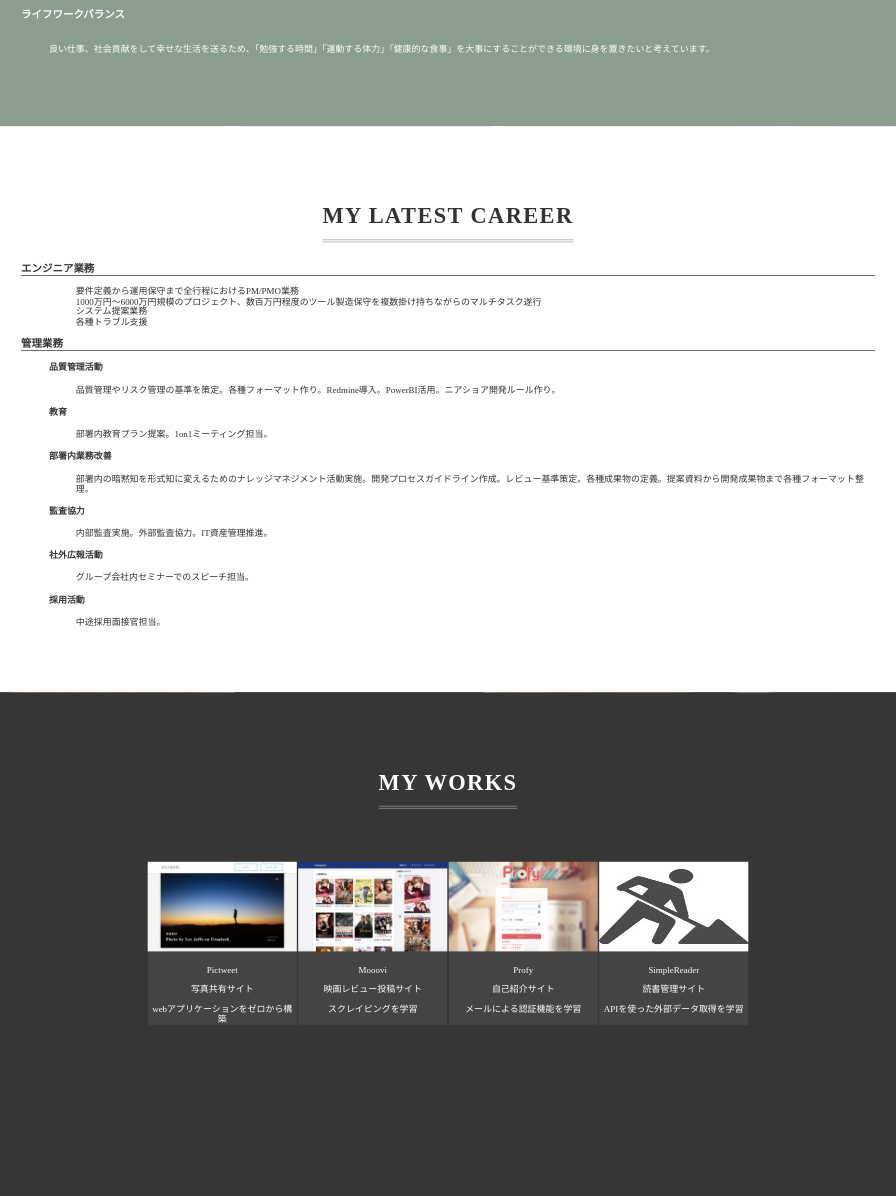
Repository: dackelteckel/myworks
Page: http://localhost/
The author's editor kept a record of every edit. The page is drawn from the files as they stood at one moment, then again after the next edit.
The browser window is 1280 px wide. The pictures show the part of the page from y = 1133 to 3053 px (the page is 2842 px tall before and 3053 px after), at 70% of full size.
Backgrounds fixed to the window are drawn as part of the page. The page is run by PHP 8.4 with error messages shown; the project is at /var/www/html/. Other server files are loaded and not shown.

Above is the page before.

### index.html
<!DOCTYPE html>
<html>

<head>
  <meta charset="UTF-8">
  <title>Who I Am...</title>
  <link rel="stylesheet" href="normalize.css">
  <link rel="stylesheet" href="style.css">
  <link rel="stylesheet" href="responsive.css">

  <!--<script type="text/javascript" charset="UTF-8">-->
  <!--  $('#contact-form').submit(function(event){-->
      <!--//submit実行を止める-->
  <!--    event.preventDefault();-->
  <!--    var $form = $(this);-->
  <!--    var $button = $form.find('.send-btn');-->
  <!--    $.ajax({-->
  <!--      url:$form.attr('action'),-->
  <!--      type:$form.attr('method'),-->
  <!--      data: $form.serialize(),-->
        <!--//10秒でタイムアウト-->
  <!--      timeout:10000,-->
        <!--//重複送信を避けるためにボタンを無効化-->
  <!--      beforeSend: function(xhr, settings) {-->
  <!--          $button.attr('disabled', true);-->
  <!--      },-->
        <!--//完了後ボタンを押せるように-->
  <!--      complete: function(xhr, textStatus) {-->
  <!--          $button.attr('disabled', false);-->
  <!--      }-->
  <!--    }).done(function(data, textStatus, jqXHR){-->
        <!--// 成功時の処理-->
        <!--//フォームを初期化-->
  <!--      $form[0].reset();-->
  <!--      $(".contact-result").text(data);-->
  <!--      $(".contact-result").slideToggle(200);-->
  <!--      $(".contact-result").delay(3000).slideToggle(200);-->
  <!--    }).fail(function(jqXHR, textStatus, errorThrown){-->
        <!--失敗時の処理-->
  <!--      $(".contact-result").text("エラーが発生しました。ステータス：" + jqXHR.status);-->
  <!--      $(".contact-result").slideToggle(200);-->
  <!--      $(".contact-result").delay(3000).slideToggle(200);-->
  <!--    });-->
  <!--  });-->
  <!--</script>-->
</head>

<body>
  <header class="header">
    <p class="site-title-sub">----- my portfolio -----</p>
    <h1 class="site-title">Who I Am...</h1>
    <p class="site-description">check out some of my works.</p>
    <div class="buttons">
      <a class="button" href="#about">Learn MORE</a>
      <a class="button" href="#about">Learn MORE</a>
      <a class="button" href="#about">Learn MORE</a>
      <!--<a class="button button-orange" href="#contact">SEND MESSAGE</a>-->
      <a class="button button-orange" href="mailto:nrkktok@gmail.com">Drop Me a LINE</a>
    </div>
  </header>

  <section class="reasons" id="reasons">
    <h2 class="heading">3 REASONS WHY I'M LOOKING FOR A NEW JOB</h2>
    <dev class="reasons-text">
      <h3>職場環境</h3>
      <ul>
        <li>同僚同士お互いを尊重し、協力しあうことができる健やかな組織で働きたいと考えています。</li>
      </ul>
      <h3>エンジニアとしての価値</h3>
      <ul>
        <li>
          長年PM業務に携わってきており、チームメンバーが成果を出すためのサポートをするPM業務にはやりがいを感じています。
        </li>
        <li>
          現職では金融機関で使われる小中規模システム開発を行っていますが、業務知識不要・レガシー技術メインのツール開発が殆どであることから、
          エンジニアとしてのキャリアを上げられない怖さを感じています。
        </li>
        <li>
          この物足りなさを少しでも打ち消し、今後もIT業務で価値ある存在でありたいという気持ちから、
          2019年12月よりWebアプリケーション作りを行うプログラミングスクールに通い始めました。
        </li>
        <li>
          現在、オリジナルWebアプリケーション作成中です。<a href="#works">MY WORKS</a>で公開していますので、よろしければ御覧ください。
        </li>
        <li class="note">
          プログラマーとして転職することを考えている訳ではありませんが、PM/PLであっても現在に通用する技術・PG知識は必要だと考えています。
        </li>
      </ul>
      <h3>ライフワークバランス</h3>
      <ul>
        <li>良い仕事、社会貢献をして幸せな生活を送るため、「勉強する時間」「運動する体力」「健康的な食事」を大事にすることができる環境に身を置きたいと考えています。</li>
      </ul>
    </dev>
  </section>

  <section class="career">
    <h2 class="heading">MY LATEST CAREER</h2>
    <dev class="career-text">
      <h3>エンジニア業務</h3>
      <ul>
        <li>要件定義から運用保守まで全行程におけるPM/PMO業務</li>
        <li>1000万円〜6000万円規模のプロジェクト、数百万円程度のツール製造保守を複数掛け持ちながらのマルチタスク遂行</li>
        <Li>システム提案業務</Li>
        <Li>各種トラブル支援</Li>
      </ul>
      <h3>管理業務</h3>
      <ul>
        <h4>品質管理活動</h4>
        <li>品質管理やリスク管理の基準を策定。各種フォーマット作り。Redmine導入。PowerBI活用。ニアショア開発ルール作り。</li>
        <h4>教育</h4>
        <li>部署内教育プラン提案。1on1ミーティング担当。</li>
        <h4>部署内業務改善</h4>
        <li>部署内の暗黙知を形式知に変えるためのナレッジマネジメント活動実施。開発プロセスガイドライン作成。レビュー基準策定。各種成果物の定義。提案資料から開発成果物まで各種フォーマット整理。</li>
        <h4>監査協力</h4>
        <li>内部監査実施。外部監査協力。IT資産管理推進。</li>
        <h4>社外広報活動</h4>
        <li>グループ会社内セミナーでのスピーチ担当。</li>
        <h4>採用活動</h4>
        <li>中途採用面接官担当。</li>
      </ul>
    </dev>
  </section>

  <section class="works" id="works">
    <h2 class="heading">MY WORKS</h2>
    <div class="works-wrapper">
      <div class="work-box">
        <img class="work-image" src="images/pictweet.jpg">
        <div class="work-description">
          <p>Pictweet<p>
          <p>写真共有サイト</p>
          <p>webアプリケーションをゼロから構築</p>
        </div>
      </div>

      <div class="work-box">
        <img class="work-image" src="images/mooovi.jpg">
        <div class="work-description">
          <p>Mooovi<p>
          <p>映画レビュー投稿サイト</p>
          <p>スクレイピングを学習</p>
        </div>
      </div>

      <div class="work-box">
        <img class="work-image" src="images/profy.jpg">
        <div class="work-description">
          <p>Profy<p>
          <p>自己紹介サイト</p>
          <p>メールによる認証機能を学習</p>
        </div>
      </div>
      <div class="work-box">
        <img class="work-image" src="images/wip.jpg" height="128">
        <div class="work-description">
          <p>SimpleReader<p>
          <p>読書管理サイト</p>
          <p>APIを使った外部データ取得を学習</p>
        </div>
      </div>
    </div>
  </section>

  <!--<section class="contact" id="contact">-->
    <!--<h2 class="heading">DROP ME A LINE</h2>-->
    <!--<form class="contact-form" id="contact-form" action="contact.php" method="post">-->
    <!--  <input type="text" name="name" placeholder="NAME" required>-->
    <!--  <input type="email" name="email" placeholder="E-MAIL ADDRESS" required>-->
    <!--  <textarea name="message" placeholder="MESSAGE"></textarea>-->
    <!--  <textarea type="text" name="message" placeholder="MESSAGE" required></textarea>-->
    <!--  <input type="submit" value="SEND" class="send-btn" id="submit">-->
    <!--  <input type="submit" value="SEND" class="send-btn" id="submit">-->
    <!--</form>-->
  <!--</section>-->
</body>
</html>

### style.css
* {
  box-sizing: border-box;
  list-style: none;
}

body {
  color: #fff;
  text-align: center;
  font-size: 0.8rem;
  background: url('images/bg.jpg') fixed;
  background-size: cover;
}

.header {
  padding: 170px 30px 80px;
  /*height: 100vh;*/
  background-color: rgba(0, 0, 128, 0.8);
}

.site-title-sub {
  margin: 0 0 30px;
  color: #888;
  letter-spacing: 1px;
  font-size: 1.2rem;
}

.site-title {
  margin: 50px;
  font-size: 3.5rem;
}

.site-description {
  margin-bottom: 50px;
  color: #888;
  font-size: 1.2rem;
}

.buttons {
  display: flex;
  justify-content: center;
  margin: 0 auto;
}

.button {
  width: 200px;
  padding: 20px;
  margin: 10px;
  border-radius: 4px;
  background-color: #afa58d;
  color: #fff;
  text-decoration: none;
  letter-spacing: 1px;
  font-size: 0.7rem;
}

.button:hover {
  opacity: 0.9;
}

.button-orange {
  background-color: #f1b400;
}

.heading {
  display: inline-block;
  margin: 30px 0 15px;
  padding-bottom: 15px;
  letter-spacing: 2px;
  font-size: 2rem;
  border-bottom: double 4px #999;
}

.reasons {
  /*height: 100vh;*/
  /*background-color: #383634;*/
  background-color: rgb(137, 158, 142);
  padding: 80px 30px;
  /*color: #333;  */
}

.reasons-text {
  text-align: left;
  width: 600px;
  margin: 30px auto;
  line-height: 2.5;
}

.reason-text h3 {
  padding-top: 20px;
}

.note:before {
  content: "*";
}

.career {
  /*height: 100vh;*/
  background-color: #ffffff;
  padding: 80px 30px;
  color: #333;
}

.career-text {
  text-align: left;
  width: 600px;
  margin: 30px auto;
}

.career-text h3 {
  border-bottom: 1px solid #333;
}

.career-text h4 {
}

.career-text li {
  padding-left: 3em;
  /*line-height: 5;*/
  vertical-align: text-top;
}

.works {
  height: 100vh;
  background-color: #383634;
  padding: 80px 0 10px;
}

.works-wrapper {
  display: table;
  width: 860px;
  margin: 60px auto 0;
  table-layout: fixed;
}

.work-box {
  display: table-cell;
  background-color: rgba(100, 100, 100, 0.3);
  border: 1px solid #333;
}

.work-image {
  display: block;
  width: 100%;
}

.work-description {
  margin: 20px 0;
  height: 65px;
}

.work-description .button {
  width: 60%;
  margin-top: 20px;
  padding: 3px;
  display: inline-block;
}

.button-ghost {
  border: 2px solid #fff;
  background-color: rgba(255, 255, 255, 0.15);
}

.contact {
  height: 100vh;
  background-color: rgba(0, 0, 128, 0.8);
  padding: 80px 0 150px;
}


.contact-form {
  width: 50%;
  margin: 50px auto 0;
}

.contact-form input[type=text], .contact-form input[type=email], .contact-form textarea {
  display: block;
  width: 100%;
  margin-bottom: 10px;
  padding: 15px;
  outline: none;
  border: 1px solid rgba(255, 255, 255, 0.8);
  border-radius: 0;
  color: #333;
}

.contact-form textarea {
  height: 150px;
}

.contact-form input[type=submit] {
  display: block;
  width: 200px;
  margin: 40px auto 0;
  padding: 15px;
  border: 1px solid rgba(255, 255, 255, 0.8);
  border-radius: 5px;
  background-color: transparent;
  color: #fff;
  cursor: pointer;
}

.contact-form input[type=submit]:hover {
  background-color: rgba(255, 255, 255, 0.05);
}

Loaded but not shown: normalize.css (library); responsive.css (no copy from this time; the picture is the same without it)

After the next edit:
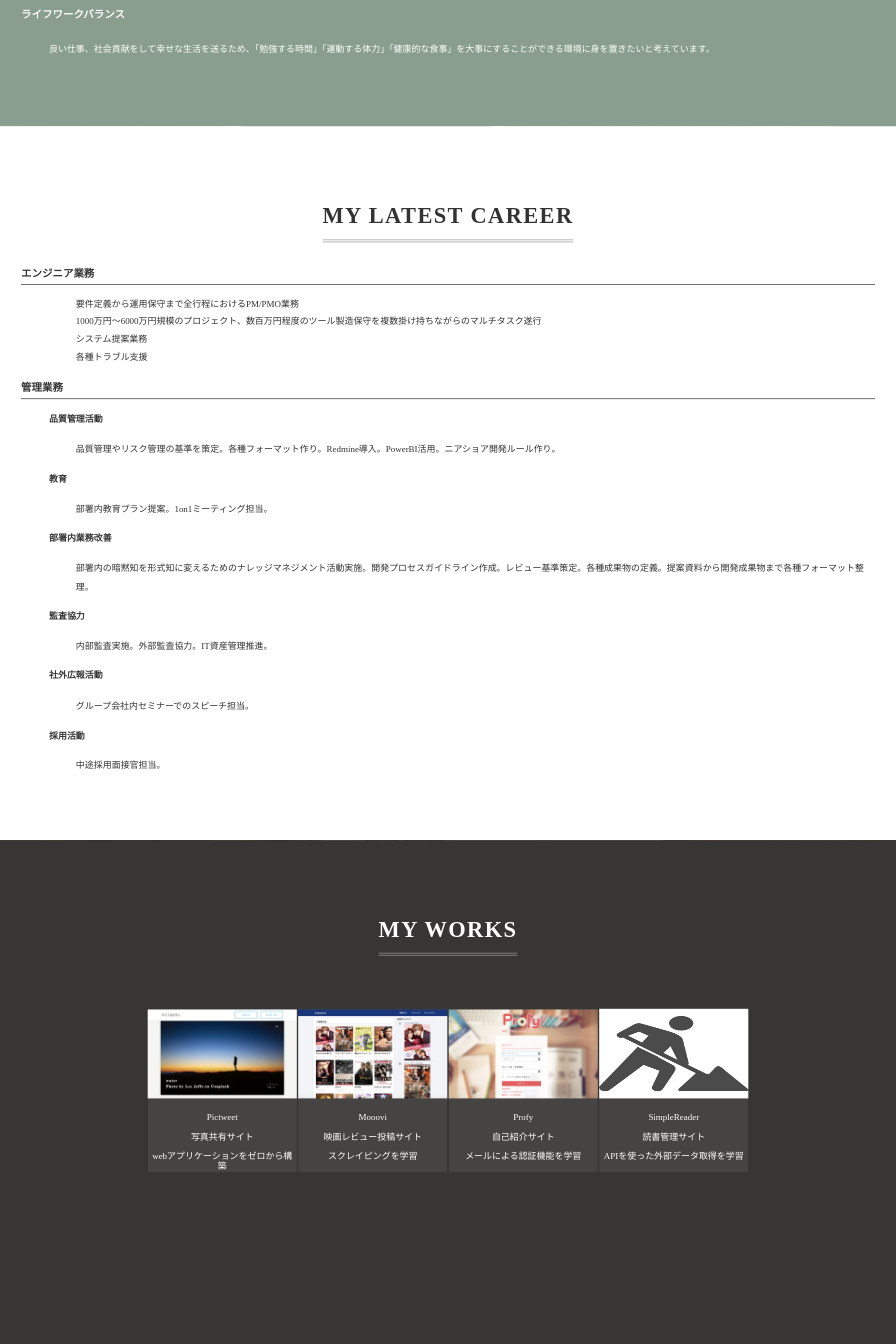
The edit:
--- a/style.css
+++ b/style.css
@@ -104,6 +104,7 @@
   text-align: left;
   width: 600px;
   margin: 30px auto;
+  line-height: 2;
 }
 
 .career-text h3 {
